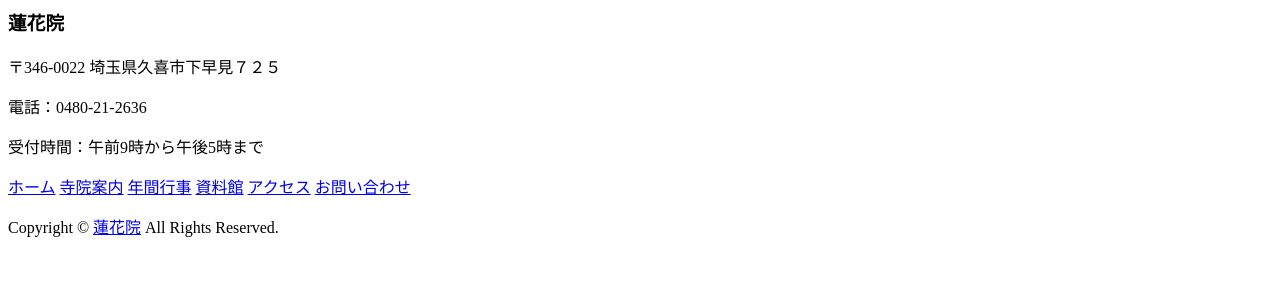
Repository: owl-onoueip/rengein-website
Page: footer.html
An editor plug-in stored every save of this project. The page is shown before and after the next save, followed by the edit.
The browser window is 1280 px wide. The pictures show the whole page.

Above is the page before, as saved 2025-03-10 11:24:26.

After the next save:
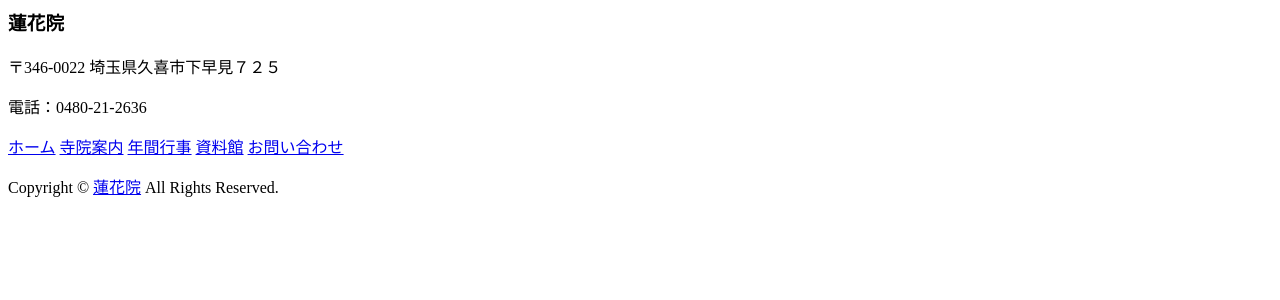
Saved 5 min 38 s later.
--- a/footer.html
+++ b/footer.html
@@ -6,20 +6,16 @@
                 <div class="footer-address">
                     <p>〒346-0022 埼玉県久喜市下早見７２５</p>
                     <p>電話：0480-21-2636</p>
-                    <p>受付時間：午前9時から午後5時まで</p>
                 </div>
             </div>
-
             <div class="footer-links">
                 <a href="index.html"><i class="fas fa-home"></i> ホーム</a>
                 <a href="about.html"><i class="fas fa-info-circle"></i> 寺院案内</a>
                 <a href="events.html"><i class="fas fa-calendar-alt"></i> 年間行事</a>
                 <a href="museum.html"><i class="fas fa-landmark"></i> 資料館</a>
-                <a href="about.html#access"><i class="fas fa-map-marker-alt"></i> アクセス</a>
                 <a href="contact.html"><i class="fas fa-envelope"></i> お問い合わせ</a>
             </div>
         </div>
-
         <div class="footer-copyright">
             <p>Copyright &copy; <a href="index.html">蓮花院</a> All Rights Reserved.</p>
         </div>
